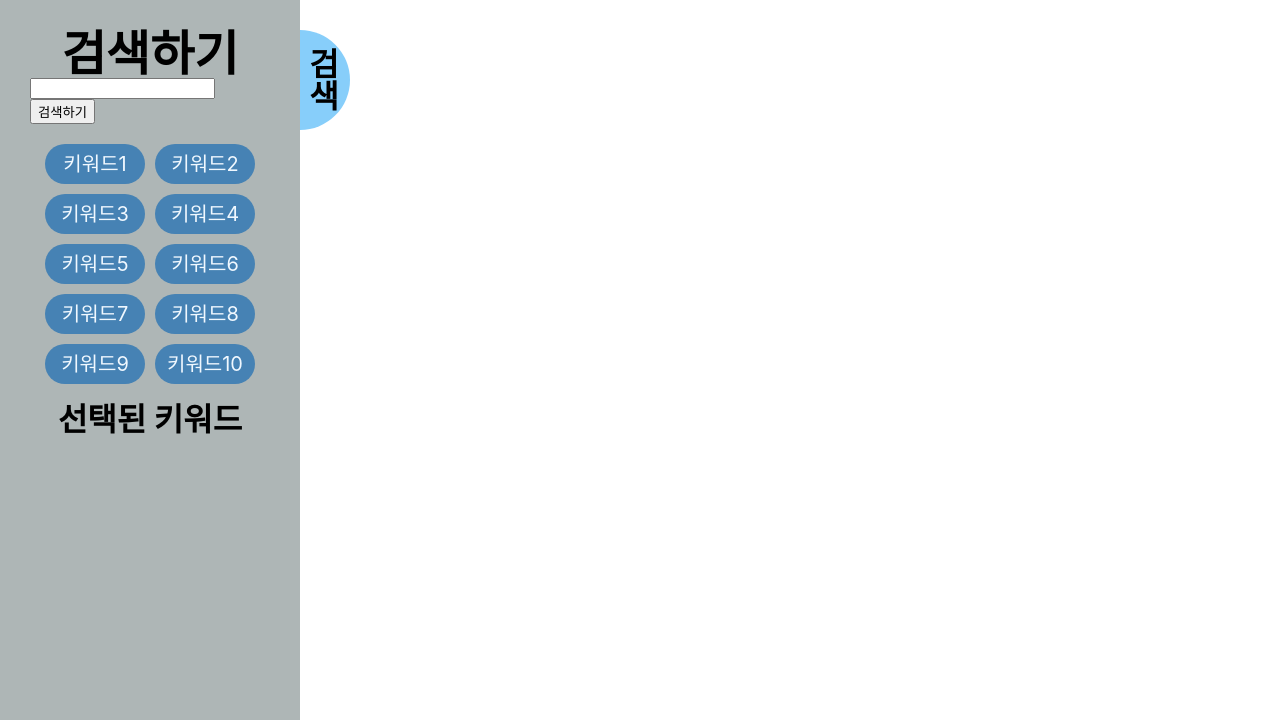
Repository: sunoo-lee/Star-Explore
Page: /
The author's editor kept a copy of each file at every save. The page is drawn from the files as they stood at one save, then again after the next save.
The browser window is 1280 px wide. The pictures show the whole page.
The project was rebuilt for these pictures with package versions that can differ from the ones it lists, and the page was loaded fresh each time.

Above is the page before, as saved 2022-10-14 04:52:04.

### src/index.js
import React from "react";
import ReactDOM from "react-dom/client";
import "./reset.css";
import "./Style.css";
import App from "./components/App";
// import reportWebVitals from "./reportWebVitals";

const root = ReactDOM.createRoot(document.getElementById("root"));
root.render(
  <React.StrictMode>
    <App />
  </React.StrictMode>
);

// reportWebVitals();

### src/Style.css
* {
  box-sizing: border-box;
}
html,
body,
#root {
  height: 100%;
}

body {
  margin: 0;
  font-family: -apple-system, BlinkMacSystemFont, "Segoe UI", "Roboto", "Oxygen",
    "Ubuntu", "Cantarell", "Fira Sans", "Droid Sans", "Helvetica Neue",
    sans-serif;
  -webkit-font-smoothing: antialiased;
  -moz-osx-font-smoothing: grayscale;
}

.container {
  height: 100%;
}

.nav {
  position: relative;
  padding: 30px;
  background-color: rgb(174, 182, 182);
  width: 300px;
  display: flex;
  flex-direction: column;
  align-items: center;
  height: 100%;
}
.nav h1 {
  font-size: 3rem;
  font-weight: 700;
}
.keyword {
  padding: 20px;
}
.keyword ul {
  display: grid;
  grid-template-columns: 100px 100px;
  gap: 10px;
}
.keyword ul li {
  cursor: pointer;
}
.keyword ul li span {
  display: inline-block;
  font-size: 20px;
  width: 100px;
  height: 40px;
  line-height: 40px;
  text-align: center;
  background-color: lightskyblue;
  border-radius: 25px;
}

.keyword ul li .off {
  background-color: steelblue;
  color: aliceblue;
}
h2 {
  font-size: 2rem;
  font-weight: 700;
}
.selected span {
  display: inline-block;
  font-size: 1.2rem;
  margin: 10px;
}
.nav .nav_toggle {
  position: absolute;
  right: -50px;
  width: 50px;
  height: 100px;
  font-size: 2rem;
  text-align: center;
  font-weight: 700;
  writing-mode: vertical-lr;
  padding-left: 5px;
  background-color: lightskyblue;
  border-radius: 0 100px 100px 0;
}

### src/components/App.js
import AppRouter from "./Router";

function App() {
  return (
    <>
      <AppRouter />
    </>
  );
}

export default App;

### src/components/Router.js
import { HashRouter as Router, Route, Routes } from "react-router-dom";
import Home from "../routes/Home";

const AppRouter = () => {
  return (
    <Router>
      <Routes>
        <Route exact path="/" element={<Home />} />
      </Routes>
    </Router>
  );
};

export default AppRouter;

### src/routes/Home.js
import React, { useState } from "react";

const Home = () => {
  const [select, setSelect] = useState([]);
  const onClick = (event) => {
    const keyword_btn = event.target;
    keyword_btn.className === "off"
      ? (keyword_btn.className = "on")
      : (keyword_btn.className = "off");

    const selected = event.target.innerText;
    if (keyword_btn.className === "on") {
      setSelect([...select, selected]);
    } else if (keyword_btn.className === "off") {
      setSelect(select.filter((key) => key !== selected));
    }
  };
  return (
    <div className="container">
      <div className="nav">
        <h1>검색하기</h1>
        <form>
          <input type="text" />
          <button>검색하기</button>
        </form>
        <div className="keyword">
          <ul>
            <li>
              <span className="off" onClick={onClick}>
                키워드1
              </span>
            </li>
            <li>
              <span className="off" onClick={onClick}>
                키워드2
              </span>
            </li>
            <li>
              <span className="off" onClick={onClick}>
                키워드3
              </span>
            </li>
            <li>
              <span className="off" onClick={onClick}>
                키워드4
              </span>
            </li>
            <li>
              <span className="off" onClick={onClick}>
                키워드5
              </span>
            </li>
            <li>
              <span className="off" onClick={onClick}>
                키워드6
              </span>
            </li>
            <li>
              <span className="off" onClick={onClick}>
                키워드7
              </span>
            </li>
            <li>
              <span className="off" onClick={onClick}>
                키워드8
              </span>
            </li>
            <li>
              <span className="off" onClick={onClick}>
                키워드9
              </span>
            </li>
            <li>
              <span className="off" onClick={onClick}>
                키워드10
              </span>
            </li>
          </ul>
        </div>
        <h2>선택된 키워드</h2>
        <div className="selected">
          {select.map((key, index) => (
            <span key={index}>{key}</span>
          ))}
        </div>
        <div className="nav_toggle">검색</div>
      </div>
    </div>
  );
};

export default Home;

Loaded but not shown: public/index.html (common file); src/reset.css (common file)

After the next save:
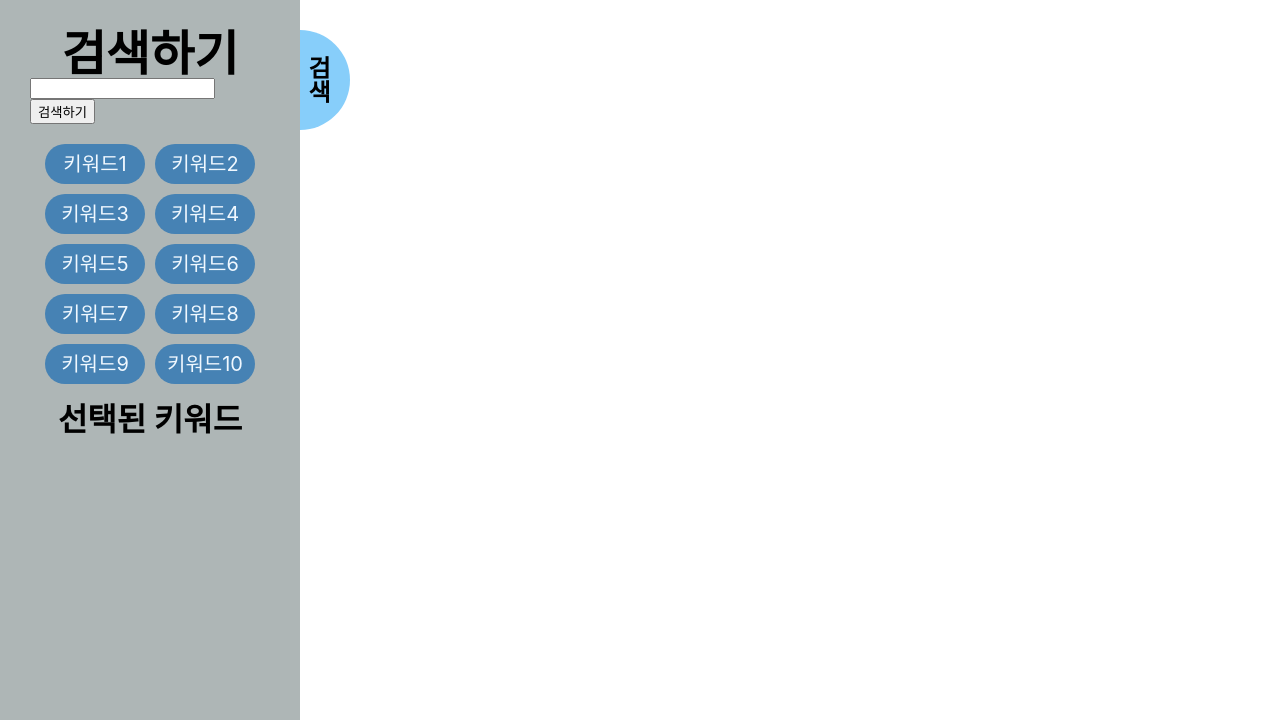
Saved 7 s later.
--- a/src/Style.css
+++ b/src/Style.css
@@ -74,7 +74,7 @@ h2 {
   right: -50px;
   width: 50px;
   height: 100px;
-  font-size: 2rem;
+  font-size: 1.5rem;
   text-align: center;
   font-weight: 700;
   writing-mode: vertical-lr;
